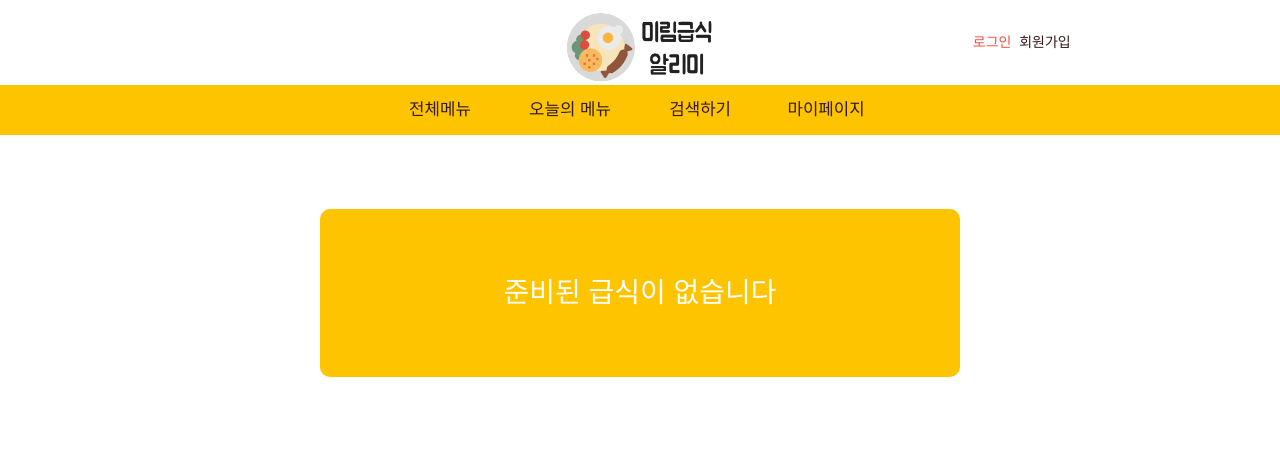
Repository: juujuu201/MirimMenuProj
Page: http://localhost/jspMenuProj/todayMenu.jsp
An editor plug-in stored every save of this project. The page is shown before and after the next save, followed by the edit.
The browser window is 1280 px wide. The pictures show the whole page.
Some web fonts or font styles are not loaded; a fallback is used. The page is served by Tomcat 9. Queries for data that is not in the repository find no rows.

Above is the page before, as saved 2019-09-21 12:49:21.

### jspMenuProj/WebContent/todayMenu.jsp
<%@ page language="java" contentType="text/html; charset=utf-8"
    pageEncoding="utf-8" import="java.sql.*"%>
<%@ page import="menu.db.connection.DBConnection" %>
<!DOCTYPE html PUBLIC "-//W3C//DTD HTML 4.01 Transitional//EN" "http://www.w3.org/TR/html4/loose.dtd">
<html>
<head>
<meta http-equiv="Content-Type" content="text/html; charset=utf-8">
<meta name="viewport" content="width=device-width, initial-scale=1">
  <link rel="stylesheet" href="https://maxcdn.bootstrapcdn.com/bootstrap/3.4.0/css/bootstrap.min.css">
  <script src="https://ajax.googleapis.com/ajax/libs/jquery/3.4.1/jquery.min.js"></script>
  <script src="https://maxcdn.bootstrapcdn.com/bootstrap/3.4.0/js/bootstrap.min.js"></script>
<title>미급알</title>
<!--
<link rel="shortcut icon" href="img/logo.png">
<link rel="apple-touch-icon" href="img/logo_apple.png">
-->
<link rel="stylesheet" href="css/index.css">
<link href="https://fonts.googleapis.com/css?family=Jua&display=swap" rel="stylesheet">

<style>
.thumbnail{
	width:200px;
	height:300px;
}
.link{
	color:#311b1b;
}
.link:hover{
	color:#ed6853;
}
b:hover{
	color:#ed6853;
}
a:hover{
	text-decoration:none;
}
</style>
</head>
<body>
<jsp:include page="top.jsp" flush="false"/><p>
<p></p>
<table id="whole">

    <p></p>
	<tr>
		<td>
			<div id="box" align="center">
				<%
					//db연결
					Connection conn=null;
					PreparedStatement pstmt=null;
					ResultSet rs=null;

					String sql="select menu_date, mtype, REPLACE(menu,' ','\r') as menu from schoolmealtbl where menu_date='2019-09-20'";
					int count=1;

					try{
						conn=DBConnection.getCon();
						pstmt=conn.prepareStatement(sql);
						rs=pstmt.executeQuery();
						%>

							<%
								while(rs.next()){
									if(count%3==1){%>
									<table width="80%" align="center" id="books" border=1 cellspacing=0 cellpadding=0>
									<tr class="menu">
										<td colspan=5 align="center" style="padding:2%;"><%=rs.getString("menu_date") %><br></td>
									</tr>
									<tr>
										<td width="30%" align="center" style="padding:2%;">
											<a onclick="login()" class="link">
												<b style="color:#f54e42;font-size:1.5em;"><%=rs.getString("mtype") %></b><br>
												<%=rs.getString("menu") %><br>
											</a>
										</td>

								<%	}//if
									else if(count%3==2){%>
										<td width="30%" align="center" style="padding:2%;">
											<a onclick="login()" class="link">
												<b style="color:#f54e42;font-size:1.5em;"><%=rs.getString("mtype") %></b><br>
												<%=rs.getString("menu") %><br>
											</a>
										</td>

									<%}
									else{%>
											<td width="30%" align="center" style="padding:2%;">
												<a onclick="login()" class="link">
													<b style="color:#f54e42;font-size:1.5em;"><%=rs.getString("mtype") %></b><br>
													<%=rs.getString("menu") %><br>
												</a>
											</td>
											<p></p>
										</tr>

										</table>
									<%}
									count++;
								}//while
								if(count==1){%>
									<div style="background-color:#ffc400;color:white;width:50%;font-size:2em;padding:5%;margin-top:5%;border-radius:10px;" align="center">
										준비된 급식이 없습니다
									</div>
								<%}
					}
					catch(SQLException e){
						System.out.println(e.getMessage());
					}
					finally{
						try{
							if(pstmt!=null) pstmt.close();
							if(conn!=null) conn.close();
						}
						catch(SQLException e){
							System.out.println(e.getMessage());
						}
					}
				%>
			</div>
		</td>
	</tr>
</table>
</body>
</html>

### jspMenuProj/WebContent/top.jsp
<%@ page language="java" contentType="text/html; charset=UTF-8"
    pageEncoding="UTF-8"%>
<!DOCTYPE html>
<html>
<head>
<meta charset="utf-8">
<title>도란도란</title>
<!--
<link rel="shortcut icon" href="img/logo.png">
<link rel="apple-touch-icon" href="img/logo_apple.png">
-->
<link rel="stylesheet" href="css/index.css">
<link href="https://fonts.googleapis.com/css?family=Jua&display=swap" rel="stylesheet">
<script>
	function check(){
		alert("로그인 후 이용하실 수 있습니다");
		return ;
	}
</script>
</head>
<body>
    <table id="whole">
    <p></p>
        <tr>
            <td width="44%"></td>
            <td width="12%"><a href="index.jsp"><img src="img/logo.png" width="100%"></a></td>
            <td width="44%" style="padding-left:20%;">
            <div id="login"></div>
                		<a href="login.jsp" class="top_menu" style="color:#f54e42;" target="_top">로그인</a>&nbsp;
                		<a href="signup.jsp" class="top_menu" target="_top">회원가입</a><p>

            </td>
        </tr>
        <tr class="menu">

            <td colspan=3>
                <table width="100%" height="50px">
                    <tr>
                       <td width="30%"></td>
                        <td class="menu_in"><a href="index.jsp">전체메뉴</a></td>
                        <td class="menu_in"><a href="todayMenu.jsp">오늘의 메뉴</a></td>
                        <td class="menu_in"><a href="oldBook.jsp">검색하기</a></td>
                        <td class="menu_in"><a onclick="check()">마이페이지</a></td>
                        <td width="30%"></td>
                    </tr>
                </table></td>
        </tr>
    </table>
</body>
</html>

### jspMenuProj/src/menu/db/connection/DBConnection.java
package menu.db.connection;

import java.sql.Connection;
import java.sql.DriverManager;
import java.sql.SQLException;

public class DBConnection {
	public static Connection getCon() throws SQLException{
		Connection conn=null;
		try {
			Class.forName("com.mysql.jdbc.Driver");
			String url="jdbc:mysql://localhost:3306/jspMenu";
			String user="root";
			String pass="1234";

			conn=DriverManager.getConnection(url, user, pass);
			return conn;
		}
		catch(ClassNotFoundException e) {
			e.printStackTrace();
			return null;
		}
	}
}

### jspMenuProj/WebContent/css/index.css
body{
    margin:0;
}

*{
    font-family: 'Jua', sans-serif;
}

#whole{
    width:100%;
    height:100%;
}

a{
    text-decoration: none;
}

.top_menu{
    color:#311b1b;
}

.top_menu:hover{
    color:#ed6853;
}

#logout{
	background-color:transparent;
	border:none;
	outline:none;
}

.menu{
    background-color:#ffc400;
    text-align:center;
    font-size:120%;
}

.menu_in a{
    color:#311b1b;
    width:10%;
}

.menu_in a:hover{
    color:#ed6853;
}

#books{
	margin-left:10%;
	margin-right:10%;
}

After the next save:
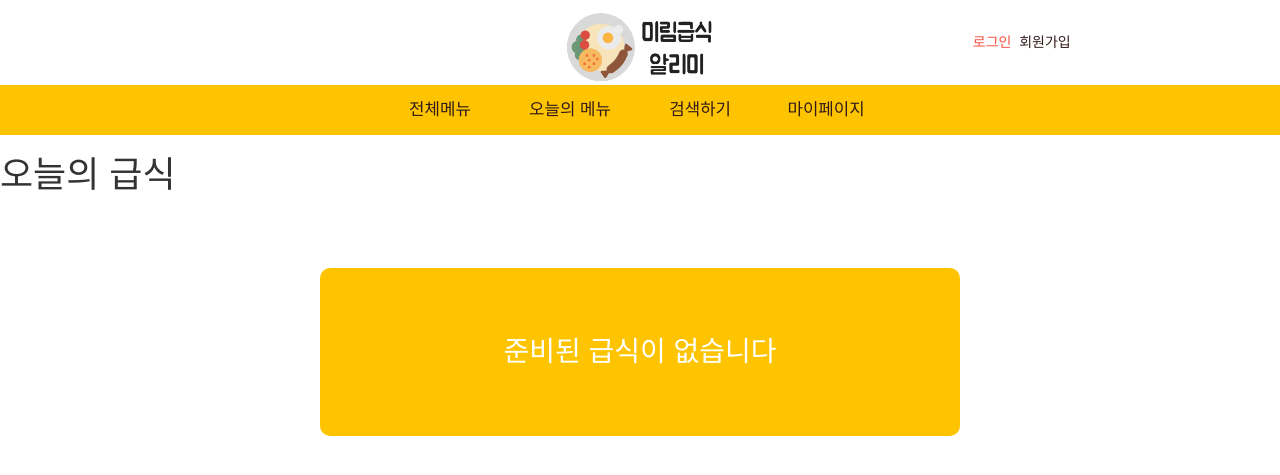
Saved 33 s later.
--- a/jspMenuProj/WebContent/todayMenu.jsp
+++ b/jspMenuProj/WebContent/todayMenu.jsp
@@ -41,6 +41,8 @@
 <p></p>
 <table id="whole">
 
+    <p></p>
+    <h1>오늘의 급식</h1>
     <p></p>
 	<tr>
 		<td>
